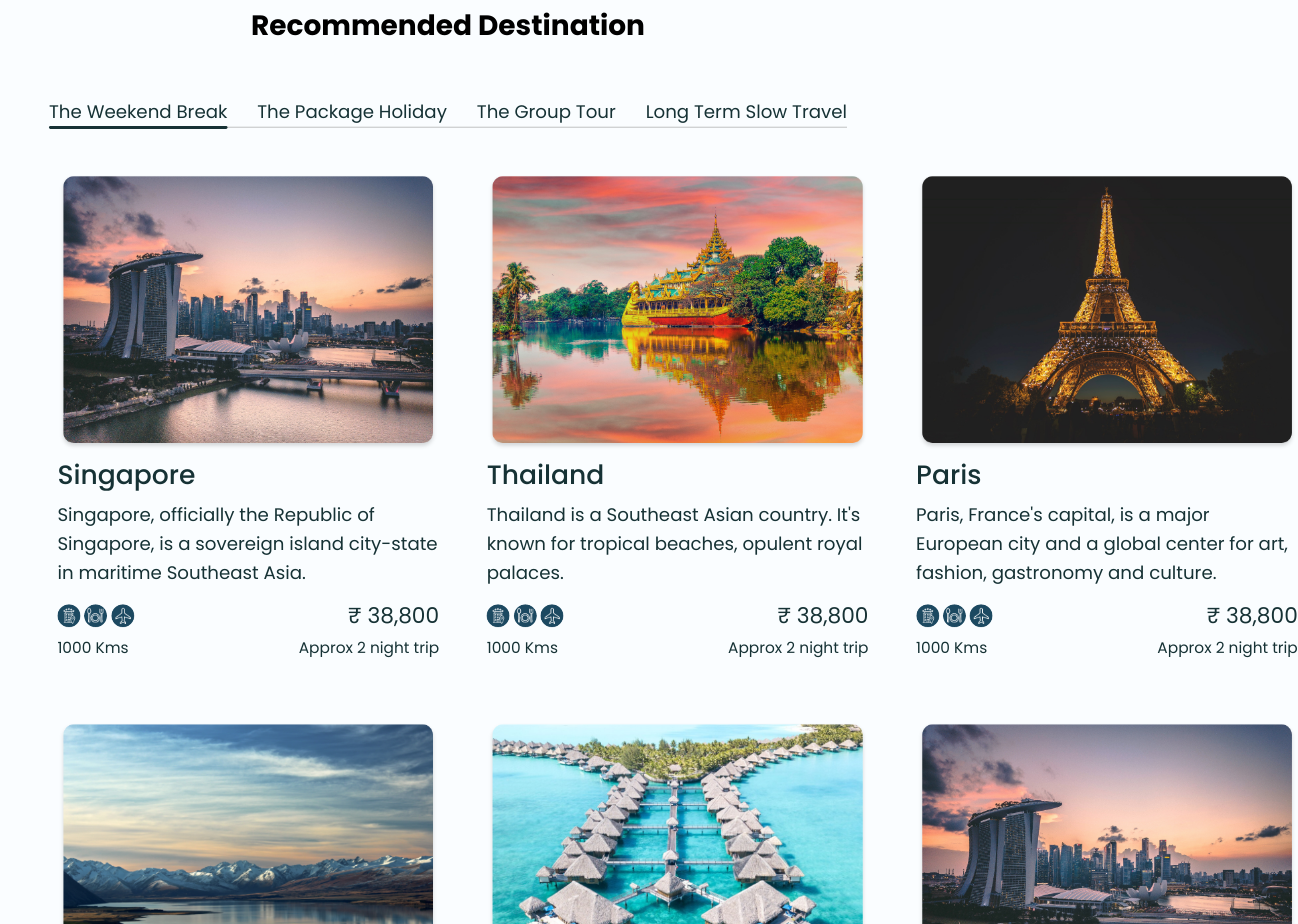
Repository: kuluong2000/travel
Page: index.html
An editor plug-in stored every save of this project. The page is shown before and after the next save, followed by the edit.
The browser window is 1280 px wide. The page is 1854 px wide, then 1280 px, so the pictures cover 1854 px, including what lies to the right of the window. The pictures show the part of the page from y = 1293 to 2613 px (the page is 3117 px tall before and 2798 px after), at 70% of full size.
The style sheet was rebuilt from its Sass, Less or Tailwind sources for each picture, by a compiler version that may differ from the author's.

Above is the page before, as saved 2021-09-09 21:50:04.

### index.html
<!DOCTYPE html>
<html lang="en">
  <head>
    <meta charset="UTF-8" />
    <meta http-equiv="X-UA-Compatible" content="IE=edge" />
    <meta name="viewport" content="width=device-width, initial-scale=1.0" />
    <link rel="stylesheet" href="./libs/css/bootstrap.min.css" />
    <link rel="stylesheet" href="./libs/css/animate.css" />
    <link rel="stylesheet" href="./libs/css/slick-theme.css" />
    <link rel="stylesheet" href="./libs/css/slick.css" />
    <link rel="stylesheet" href="./assets/css/reset.css" />
    <link rel="stylesheet" href="./assets/css/style.css" />
    <link rel="stylesheet" href="./assets/css/responsive.css" />
    <title>Document</title>
  </head>
  <body>
    <header class="header">
      <div class="container">
        <div class="row">
          <div class="header__main">
            <div class="header__logo">
              <a href="/">
                <img src="./assets/image/logo.png" alt="" srcset="" />
              </a>
            </div>
            <div class="sub-menu">
              <div class="line1"></div>
              <div class="line2"></div>
              <div class="line3"></div>
            </div>
            <nav>
              <ul class="header__menu">
                <li class="header__menu__item">
                  <a class="header__mennu__item__link" href="/">Home</a>
                </li>
                <li class="header__menu__item">
                  <a class="header__mennu__item__link" href="/">About</a>
                </li>
                <li class="header__menu__item">
                  <a class="header__mennu__item__link" href="/">Places</a>
                </li>
                <li class="header__menu__item">
                  <a class="header__mennu__item__link" href="/">Careers</a>
                </li>
                <li class="header__menu__item">
                  <a class="header__mennu__item__link" href="/">Blog</a>
                </li>
              </ul>
            </nav>
            <a href="#" class="header__conn"> Connection </a>
          </div>
        </div>
      </div>
    </header>
    <main>
      <section class="banner">
        <div class="container">
          <div class="row">
            <div class="banner__main">
              <div class="banner__main__top">
                <h1 class="banner__main__title">Travel To explore</h1>
                <p class="banner__main__desc">Lorem ipsum dolor sit amet consectetur adipisicing elit. Quisquam sapiente quidem, quam perspiciatis ea consequatur qui officiis unde molestias</p>
              </div>
              <div class="banner__main__bottom">
                <div class="banner__main_list">
                  <div class="banner__main__item">
                    <h4 class="banner__main__item__caption">Where You Want to go</h4>
                    <a href="/" class="banner__main__item__desc">
                      <ion-icon name="search-outline" class="banner__main__item__desc--icon"> </ion-icon>
                      <p>Search yourLocation</p>
                    </a>
                  </div>
                  <div class="banner__main__item">
                    <h4 class="banner__main__item__caption">Check-in</h4>
                    <a href="/" class="banner__main__item__desc">Add Date</a>
                  </div>
                  <div class="banner__main__item">
                    <h4 class="banner__main__item__caption">check-out</h4>
                    <a href="/" class="banner__main__item__desc">add Date</a>
                  </div>
                </div>
                <a href="/" class="banner__btn"> explore Now</a>
              </div>
            </div>
          </div>
        </div>
      </section>
      <section class="about">
        <div class="container">
          <div class="row">
            <div class="about__main">
              <div class="about__item">
                <img src="./assets/image/bestPrices.png" alt="" class="about__item--img" />
                <div class="about__item__info">
                  <h4 class="about__item--title">Get Best Prices</h4>
                  <p class="about__item--desc">Pay through our application and save thousands and get amazing rewards</p>
                </div>
              </div>
              <div class="about__item">
                <img src="./assets/image/covidSafe.png" alt="" class="about__item--img" />
                <div class="about__item__info">
                  <h4 class="about__item--title">Covid Safe</h4>
                  <p class="about__item--desc">We have all the curated hotels that have all the precaution for a corvid safe environment</p>
                </div>
              </div>

              <div class="about__item">
                <img src="./assets/image/payment.png" alt="" class="about__item--img" />
                <div class="about__item__info">
                  <h4 class="about__item--title">Flexible Payment</h4>
                  <p class="about__item--desc">Enjoy the flexible payment through our app and get rewards on every payment</p>
                </div>
              </div>
              <div class="about__item">
                <img src="./assets/image/nearYou.png" alt="" class="about__item--img" />
                <div class="about__item__info">
                  <h4 class="about__item--title">Find The Best Near You</h4>
                  <p class="about__item--desc">Find the best hotels and places to visit near you in a single click</p>
                </div>
              </div>
            </div>
          </div>
        </div>
      </section>
      <section class="destination">
        <div class="container">
          <div class="row">
            <h2 class="destination__title">Recommended Destination</h2>
            <div class="destination__menu">
              <ul class="nav nav-pills d-flex justify-content-between" id="pills-tab" role="tablist">
                <li class="nav-item destination__menu__item" role="presentation">
                  <button class="nav-link destination__menu__link active" id="pills-home-tab" data-bs-toggle="pill" data-bs-target="#pills-home" type="button" role="tab" aria-controls="pills-home" aria-selected="true">The Weekend Break</button>
                </li>
                <li class="nav-item destination__menu__item" role="presentation">
                  <button class="nav-link destination__menu__link" id="pills-profile-tab" data-bs-toggle="pill" data-bs-target="#pills-profile" type="button" role="tab" aria-controls="pills-profile" aria-selected="false">The Package Holiday</button>
                </li>
                <li class="nav-item destination__menu__item" role="presentation">
                  <button class="nav-link destination__menu__link" id="pills-contact-tab" data-bs-toggle="pill" data-bs-target="#pills-contact" type="button" role="tab" aria-controls="pills-contact" aria-selected="false">The Group Tour</button>
                </li>
                <li class="nav-item destination__menu__item" role="presentation">
                  <button class="nav-link destination__menu__link" id="pills-contact-tab" data-bs-toggle="pill" data-bs-target="#pills-contact" type="button" role="tab" aria-controls="pills-contact" aria-selected="false">
                    Long Term Slow Travel
                  </button>
                </li>
              </ul>
            </div>
            <div class="tab-content" id="pills-tabContent">
              <div class="tab-pane fade show active" id="pills-home" role="tabpanel" aria-labelledby="pills-home-tab">
                <div class="destination__cards">
                  <div class="destination__card">
                    <img src="./assets/image/Singapore.png" alt="" class="destination__card__img" />
                    <div class="destination__card__content">
                      <div class="destination__card__top">
                        <h4 class="destination__card__top__name">Singapore</h4>
                        <p class="destination__card__top__desc">Singapore, officially the Republic of Singapore, is a sovereign island city-state in maritime Southeast Asia.</p>
                      </div>
                      <div class="destination__card__bottom">
                        <div class="destination__card__bottom__service">
                          <div class="destination__card__bottom__service__img">
                            <img src="./assets/image/destination_icon1.png" alt="" />
                            <img src="./assets/image/destination_icon2.png" alt="" />
                            <img src="./assets/image/destination_icon3.png" alt="" />
                          </div>
                          <p class="destination__card__bottom__service__price"><span>₹ </span> 38,800</p>
                        </div>
                        <div class="destination__card__bottom__info">
                          <p>1000 <span>Kms</span></p>
                          <p>Approx 2 night trip</p>
                        </div>
                      </div>
                    </div>
                  </div>
                  <div class="destination__card">
                    <img src="./assets/image/Thailand.png" alt="" class="destination__card__img" />
                    <div class="destination__card__content">
                      <div class="destination__card__top">
                        <h4 class="destination__card__top__name">Thailand</h4>
                        <p class="destination__card__top__desc">Thailand is a Southeast Asian country. It's known for tropical beaches, opulent royal palaces.</p>
                      </div>
                      <div class="destination__card__bottom">
                        <div class="destination__card__bottom__service">
                          <div class="destination__card__bottom__service__img">
                            <img src="./assets/image/destination_icon1.png" alt="" />
                            <img src="./assets/image/destination_icon2.png" alt="" />
                            <img src="./assets/image/destination_icon3.png" alt="" />
                          </div>
                          <p class="destination__card__bottom__service__price"><span>₹ </span> 38,800</p>
                        </div>
                        <div class="destination__card__bottom__info">
                          <p>1000 <span>Kms</span></p>
                          <p>Approx 2 night trip</p>
                        </div>
                      </div>
                    </div>
                  </div>
                  <div class="destination__card">
                    <img src="./assets/image/Paris.png" alt="" class="destination__card__img" />
                    <div class="destination__card__content">
                      <div class="destination__card__top">
                        <h4 class="destination__card__top__name">Paris</h4>
                        <p class="destination__card__top__desc">Paris, France's capital, is a major European city and a global center for art, fashion, gastronomy and culture.</p>
                      </div>
                      <div class="destination__card__bottom">
                        <div class="destination__card__bottom__service">
                          <div class="destination__card__bottom__service__img">
                            <img src="./assets/image/destination_icon1.png" alt="" />
                            <img src="./assets/image/destination_icon2.png" alt="" />
                            <img src="./assets/image/destination_icon3.png" alt="" />
                          </div>
                          <p class="destination__card__bottom__service__price"><span>₹ </span> 38,800</p>
                        </div>
                        <div class="destination__card__bottom__info">
                          <p>1000 <span>Kms</span></p>
                          <p>Approx 2 night trip</p>
                        </div>
                      </div>
                    </div>
                  </div>
                  <div class="destination__card">
                    <img src="./assets/image/New Zealand.png" alt="" class="destination__card__img" />
                    <div class="destination__card__content">
                      <div class="destination__card__top">
                        <h4 class="destination__card__top__name">New Zealand</h4>
                        <p class="destination__card__top__desc">New Zealand is an island country in the southwestern Pacific Ocean. It consists of two main landmasses.</p>
                      </div>
                      <div class="destination__card__bottom">
                        <div class="destination__card__bottom__service">
                          <div class="destination__card__bottom__service__img">
                            <img src="./assets/image/destination_icon1.png" alt="" />
                            <img src="./assets/image/destination_icon2.png" alt="" />
                            <img src="./assets/image/destination_icon3.png" alt="" />
                          </div>
                          <p class="destination__card__bottom__service__price"><span>₹ </span> 38,800</p>
                        </div>
                        <div class="destination__card__bottom__info">
                          <p>1000 <span>Kms</span></p>
                          <p>Approx 2 night trip</p>
                        </div>
                      </div>
                    </div>
                  </div>
                  <div class="destination__card">
                    <img src="./assets/image/Bora Bora.png" alt="" class="destination__card__img" />
                    <div class="destination__card__content">
                      <div class="destination__card__top">
                        <h4 class="destination__card__top__name">Bora Bora</h4>
                        <p class="destination__card__top__desc">Bora Bora is a small South Pacific island northwest of Tahiti in French Polynesia. Surrounded by sand.</p>
                      </div>
                      <div class="destination__card__bottom">
                        <div class="destination__card__bottom__service">
                          <div class="destination__card__bottom__service__img">
                            <img src="./assets/image/destination_icon1.png" alt="" />
                            <img src="./assets/image/destination_icon2.png" alt="" />
                            <img src="./assets/image/destination_icon3.png" alt="" />
                          </div>
                          <p class="destination__card__bottom__service__price"><span>₹ </span> 38,800</p>
                        </div>
                        <div class="destination__card__bottom__info">
                          <p>1000 <span>Kms</span></p>
                          <p>Approx 2 night trip</p>
                        </div>
                      </div>
                    </div>
                  </div>
                  <div class="destination__card">
                    <img src="./assets/image/London.png" alt="" class="destination__card__img" />
                    <div class="destination__card__content">
                      <div class="destination__card__top">
                        <h4 class="destination__card__top__name">London</h4>
                        <p class="destination__card__top__desc">London, the capital of England and the United Kingdom, is a 21st-century city with history stretching.</p>
                      </div>
                      <div class="destination__card__bottom">
                        <div class="destination__card__bottom__service">
                          <div class="destination__card__bottom__service__img">
                            <img src="./assets/image/destination_icon1.png" alt="" />
                            <img src="./assets/image/destination_icon2.png" alt="" />
                            <img src="./assets/image/destination_icon3.png" alt="" />
                          </div>
                          <p class="destination__card__bottom__service__price"><span>₹ </span> 38,800</p>
                        </div>
                        <div class="destination__card__bottom__info">
                          <p>1000 <span>Kms</span></p>
                          <p>Approx 2 night trip</p>
                        </div>
                      </div>
                    </div>
                  </div>
                </div>
              </div>
              <div class="tab-pane fade" id="pills-profile" role="tabpanel" aria-labelledby="pills-profile-tab">...</div>
              <div class="tab-pane fade" id="pills-contact" role="tabpanel" aria-labelledby="pills-contact-tab">...</div>
            </div>
          </div>
        </div>
      </section>
    </main>

    <script src="./libs/Js/jquery-3.5.1.slim.min.js"></script>
    <script type="module" src="https://unpkg.com/ionicons@5.5.2/dist/ionicons/ionicons.esm.js"></script>
    <script nomodule src="https://unpkg.com/ionicons@5.5.2/dist/ionicons/ionicons.js"></script>
    <script src="./libs/Js/bootstrap.min.js"></script>
    <script src="./libs/Js/slick.min.js"></script>
    <script src="./libs/Js/wow.js"></script>
    <script src="./assets/Js/main.js"></script>
  </body>
</html>

### assets/css/reset.css
html, body, div, span, applet, object, iframe,
h1, h2, h3, h4, h5, h6, p, blockquote, pre,
a, abbr, acronym, address, big, cite, code,
del, dfn, em, img, ins, kbd, q, s, samp,
small, strike, strong, sub, sup, tt, var,
b, u, i, center,
dl, dt, dd, ol, ul, li,
fieldset, form, label, legend,
table, caption, tbody, tfoot, thead, tr, th, td,
article, aside, canvas, details, embed,
figure, figcaption, footer, header, hgroup,
menu, nav, output, ruby, section, summary,
time, mark, audio, video {
	margin: 0;
	padding: 0;
	border: 0;
	font-size: 100%;
	vertical-align: baseline;
}
/* HTML5 display-role reset for older browsers */
article, aside, details, figcaption, figure,
footer, header, hgroup, menu, nav, section {
	display: block;
}
* {
	box-sizing: border-box;
}
body {
	line-height: 1;
  font-family: 'Muli', sans-serif;


  font-style: normal;
  font-weight: normal;
  font-size: 16px;
  line-height: 32px;
}
ol, ul {
	list-style: none;
}
blockquote, q {
	quotes: none;
}
blockquote:before, blockquote:after,
q:before, q:after {
	content: '';
	content: none;
}
table {
	border-collapse: collapse;
	border-spacing: 0;
}

img {
  max-width: 100%;
	vertical-align: bottom;
}
a {
	outline: none;
}

### assets/sass/style.scss
@import "global";
@import "variable";
@import "header";
@import "banner";
@import "about";
@import "destination";

### assets/sass/_global.scss
@import url('https://fonts.googleapis.com/css2?family=Montserrat:wght@300;400;500;600;700;800;900&family=Poppins:wght@300;400;500;600;700;800;900&display=swap');
*{
    padding: 0;
    margin: 0;
    box-sizing: border-box;
}
body{
    font-family: 'Poppins', sans-serif;
    line-height: 1.6;
    font-size: 20px;
    // background-color: rgb(247,248,252);
    background-color: #FAFDFF;
    color: #163235;
}

### assets/sass/_variable.scss
$color-white:#FFFFFF;
$color-dark-blue:#1C4961;

$color-blue:#4468E2;
$color-light-blue:#E1E8F8;
$color-black:#000000;
$color-text:#163235;
$color-gray:#848484

### assets/sass/_about.scss
.about {
    padding: 178px 0;
  &__main{
    display: grid;
    grid-template-columns: repeat(4,1fr);
    grid-column-gap: 100px;
}
  &__item{

    background-color:$color-white;
    border-radius: 15px;
    box-shadow: 10px 10px 5px 0px rgba(247,248,252,0.75);

    display: flex;
    flex-direction: column;
    &:first-child{
        padding: 29px 68px 21px 26px;
    }
    &:nth-child(2){
         padding: 29px 58px 25px 26px;
    }
    &:nth-child(3){
         padding: 29px 14px 51px 31px;
    }
    &:last-child{
        padding: 29px 33px 51px 24px;
    }


}
  &__item__info{
      margin-top: 10px;
    display: flex ;
    flex-direction: column;
    flex: 1;

  }
  &__item--img{
    width: 103px;
    height: 97px;

}
  &__item--title{
    font-size: 24px;
    margin-bottom: 20px;
}
  &__item--desc{
    font-size: 18px;
}
}

### assets/sass/_destination.scss
.destination{
    padding: 100px 0;
    &__title{
        font-size: 40px;
        font-weight: bold;
        color: $color-black;
        margin-bottom:79px;
        text-align: center;
    }
    &__menu{
        width: 1200px;
        margin: 0 auto;
        padding: 0;
        border-bottom:  1px solid #A7A7A7;
        &__item{

        }
        &__link{
            color: $color-text;
            font-size: 26px;
            position: relative;
            padding:0;
            &::before{
                content: '';
                position: absolute;
                bottom: -3px;
                left: 0;
                width: 100%;
                height: 4px ;
                border-radius: 50px;
                transform: scale(0);
                background-color: $color-text;
                transition: transform 0.5s ease-in-out;
            }
            &.active::before{
                transform: scale(1);
            }
        }
        &__link.active{
            background-color: transparent !important;
            color: $color-text !important;
        }
        &__link:hover{
            color: unset;
        }

    }

    &__cards{
        display: grid;
        grid-template-columns: repeat(3, 1fr);
        grid-gap: 90px 68px;
        margin-top: 65px;
    }
    &__card{

    }
    &__card__img{
        max-width: 552px;
        max-height: 398px;
    }
    &__card__content{
        margin-top: 10px;
    }
    &__card__top{

    }
    &__card__top__name{
        font-size: 38px;
        color: $color-text;
        margin-bottom: 14px;
        display: -webkit-box;
        overflow: hidden;
        -webkit-line-clamp: 2;
        -webkit-box-orient: vertical;
        word-break: break-word;
    }
    &__card__top__desc{
        display: -webkit-box;
        -webkit-line-clamp: 3;
        -webkit-box-orient: vertical;
        word-break: break-word;
        overflow: hidden;
        margin-bottom: 20px;
        font-size: 26px;
        color: $color-text;
    }
    &__card__bottom{

    }
    &__card__bottom__service{
        display:flex;
        justify-content: space-between;
        align-items: center;
        margin-bottom: 10px;
    }
    &__card__bottom__service__img{
        img{
            width: 33px;
            height: 33px;
            border-radius: 100%;
        }
    }
    &__card__bottom__service__price{
        font-size: 31px;
        line-height: 41px;
    }
    &__card__bottom__info{
        display:flex;
        justify-content: space-between;
        align-items: center;
        font-size: 22px;
        line-height: 30px;
    }

}

Loaded but not shown: libs/css/bootstrap.min.css (library); libs/css/animate.css (library); libs/css/slick-theme.css (library); libs/css/slick.css (common file); libs/Js/jquery-3.5.1.slim.min.js (library); libs/Js/bootstrap.min.js (library); libs/Js/slick.min.js (library); libs/Js/wow.js (library); assets/Js/main.js (6 lines, source omitted); assets/css/responsive.css (211 lines, source omitted); assets/sass/_header.scss (84 lines, source omitted); assets/sass/_banner.scss (84 lines, source omitted)

After the next save:
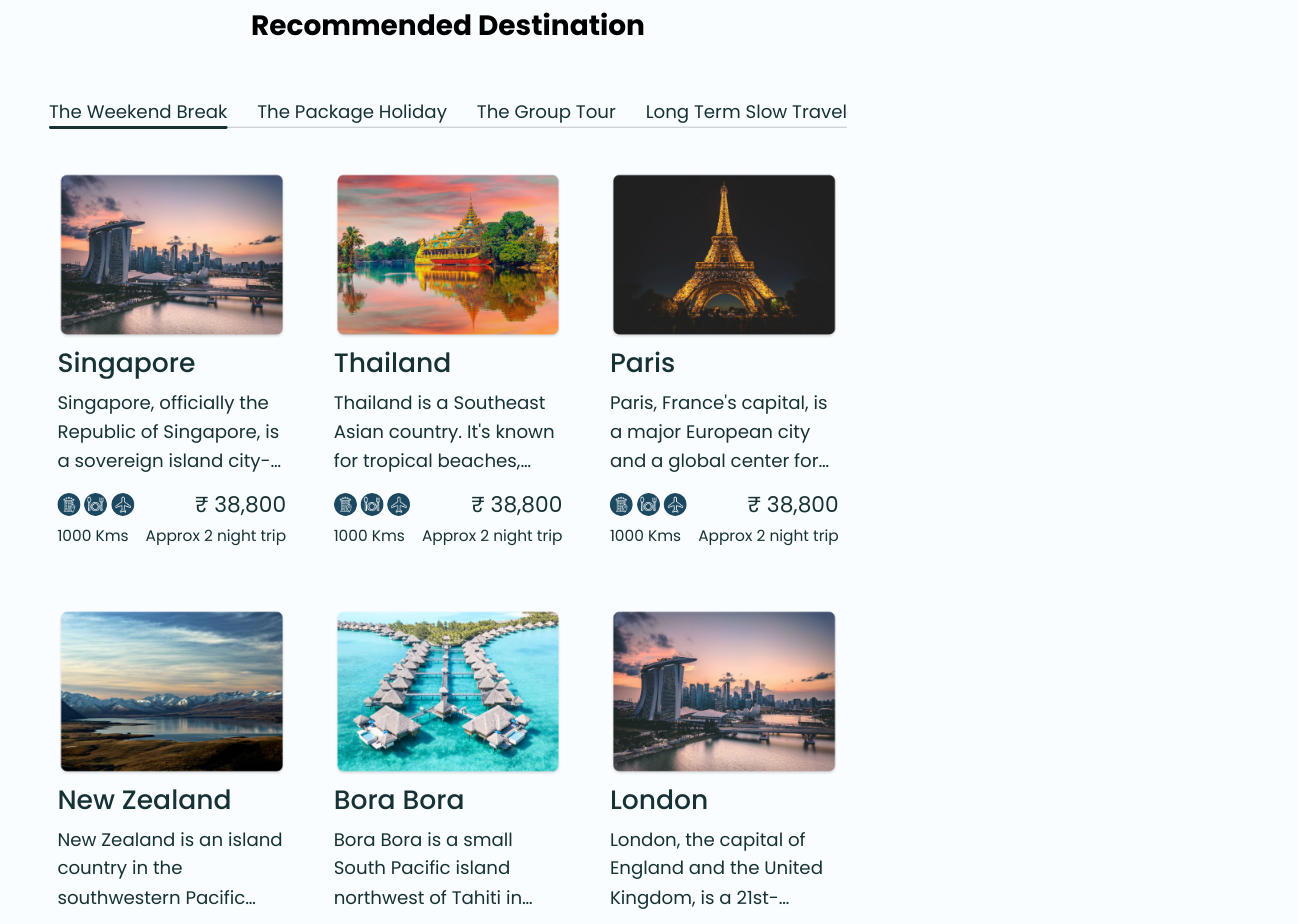
Saved 15 s later.
--- a/assets/sass/_destination.scss
+++ b/assets/sass/_destination.scss
@@ -56,8 +56,8 @@
 
     }
     &__card__img{
-        max-width: 552px;
-        max-height: 398px;
+        width: 552px;
+
     }
     &__card__content{
         margin-top: 10px;
